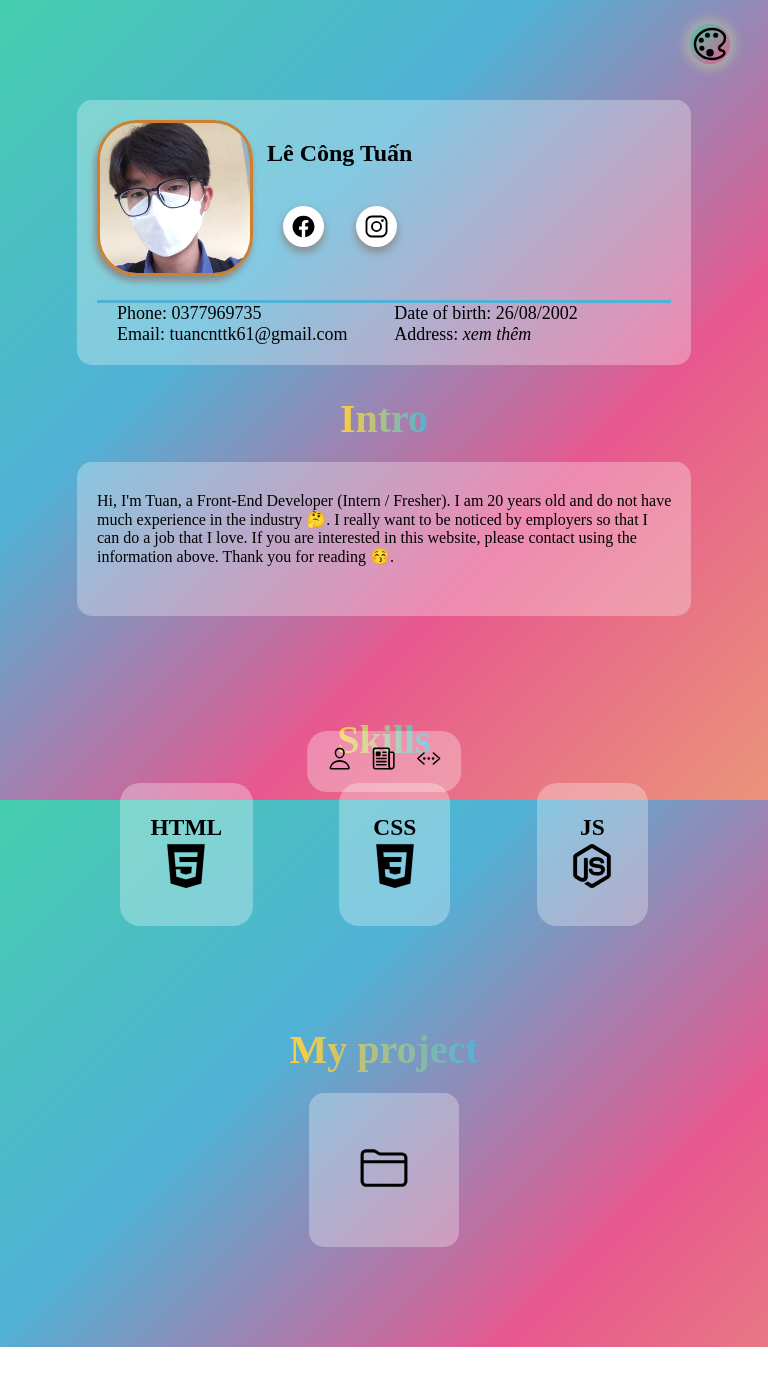
Repository: LeCongTuan2608/Profile
Page: index.html
An editor plug-in stored every save of this project. The page is shown before and after the next save, followed by the edit.
The browser window is 768 px wide. The pictures show the whole page.
Backgrounds fixed to the window are drawn as part of the page. The style sheet was rebuilt from its Sass, Less or Tailwind sources for each picture, by a compiler version that may differ from the author's.

Above is the page before, as saved 2022-05-05 12:26:08.

### index.html
<!DOCTYPE html>
<html lang="en">
   <head>
      <meta charset="UTF-8" />
      <meta http-equiv="X-UA-Compatible" content="IE=edge" />
      <meta name="viewport" content="width=device-width, initial-scale=1.0" />

      <script type="module" src="https://unpkg.com/ionicons@5.5.2/dist/ionicons/ionicons.esm.js"></script>
      <script nomodule src="https://unpkg.com/ionicons@5.5.2/dist/ionicons/ionicons.js"></script>

      <link rel="preconnect" href="https://fonts.googleapis.com" />
      <link rel="preconnect" href="https://fonts.gstatic.com" crossorigin />
      <link href="https://fonts.googleapis.com/css2?family=Pacifico&display=swap" rel="stylesheet" />

      <link href="https://unpkg.com/aos@2.3.1/dist/aos.css" rel="stylesheet" />
      <script src="https://unpkg.com/aos@2.3.1/dist/aos.js"></script>

      <link rel="stylesheet" href="./sass/css/style.css" />
      <title>Profile</title>
   </head>
   <body>
      <div class="container">
         <div class="palette">
            <ion-icon name="color-palette-outline"></ion-icon>
            <div class="list-color">
               <ul>
                  <li class="bgr-color"></li>
                  <li class="bgr-color"></li>
                  <li class="bgr-color"></li>
               </ul>
            </div>
         </div>

         <div class="contents">
            <div data-aos="flip-left" data-aos-duration="1500">
               <div class="card-info">
                  <div class="personal-information">
                     <div class="image">
                        <div class="user-image">
                           <img src="./images/1.JPG" alt="" />
                        </div>
                        <div class="user-intro">
                           <h2>Lê Công Tuấn</h2>
                           <div class="user-intro-navigation">
                              <div class="navigation-fb">
                                 <a href="https://www.facebook.com/profile.php?id=100026041985048"
                                    ><ion-icon name="logo-facebook"></ion-icon
                                 ></a>
                                 <span>facebook</span>
                              </div>
                              <div class="navigation-ins">
                                 <a href="https://www.instagram.com/tuanle2608/"
                                    ><ion-icon name="logo-instagram"></ion-icon
                                 ></a>
                                 <span>instagram</span>
                              </div>
                           </div>
                        </div>
                     </div>
                     <div class="contact">
                        <div class="contact-info">
                           <span>Phone: 0377969735</span>
                           <span>Email: tuancnttk61@gmail.com</span>
                        </div>
                        <div class="contact-info">
                           <span>Date of birth: 26/08/2002</span>
                           <span>Address: <i id="see">xem thêm</i></span>
                        </div>
                     </div>
                  </div>
               </div>
            </div>
            <div class="card-intro">
               <div class="intro-yourself">
                  <div class="title">
                     <div data-aos="fade-up" data-aos-duration="1000">
                        <h1>Intro</h1>
                     </div>
                  </div>
                  <div data-aos="flip-down" data-aos-duration="1000">
                     <div class="intro-content">
                        <p>
                           Hi, I'm Tuan, a Front-End Developer (Intern / Fresher). I am 20 years old and do not have
                           much experience in the industry 🤔. I really want to be noticed by employers so that I can do
                           a job that I love. If you are interested in this website, please contact using the
                           information above. Thank you for reading 😚.
                        </p>
                     </div>
                  </div>
               </div>

               <div class="my-skills">
                  <div class="title">
                     <div data-aos="fade-down" data-aos-easing="linear" data-aos-duration="300">
                        <h1>Skills</h1>
                     </div>
                  </div>
                  <div class="skills-content">
                     <div class="list-skills">
                        <div data-aos="fade-right">
                           <h3>HTML</h3>
                           <ion-icon name="logo-html5"></ion-icon>
                        </div>

                        <div data-aos="fade-down">
                           <h3>CSS</h3>
                           <ion-icon name="logo-css3"></ion-icon>
                        </div>

                        <div data-aos="fade-left">
                           <h3>JS</h3>
                           <ion-icon name="logo-nodejs"></ion-icon>
                        </div>
                     </div>
                  </div>
               </div>

               <div class="my-project">
                  <div class="title">
                     <div data-aos="fade-up" data-aos-anchor-placement="bottom-bottom">
                        <h1>My project</h1>
                     </div>
                  </div>
                  <div class="project-box">
                     <div data-aos="zoom-in">
                        <div class="box">
                           <ion-icon name="folder-outline"></ion-icon>
                        </div>
                     </div>
                  </div>
               </div>
            </div>
         </div>

         <div class="box-container">
            <div class="list-project">
               <div class="close">
                  <ion-icon name="close-circle-outline"></ion-icon>
               </div>

               <ul>
                  <li>
                     <a href="https://lecongtuan2608.github.io/Youtube/">https://lecongtuan2608.github.io/Youtube/</a>
                  </li>
                  <li><a href="https://lecongtuan2608.github.io/music/">https://lecongtuan2608.github.io/music/</a></li>
               </ul>
            </div>
         </div>
         <div class="toolbar">
            <div class="tollbar-list">
               <ul>
                  <li><ion-icon name="person-outline"></ion-icon></li>
                  <li><ion-icon name="newspaper-outline"></ion-icon></li>
                  <li><ion-icon name="code-working-outline"></ion-icon></li>
               </ul>
            </div>
         </div>
      </div>
   </body>
   <script>
      AOS.init();
   </script>
   <script src="./js/app.js"></script>
</html>

### js/app.js
const open_project = document.querySelector('.box');
const box_container = document.querySelector('.box-container');
const close_box = document.querySelector('.close');
const list_project = document.querySelector('.list-project');
open_project.addEventListener('click', function () {
   box_container.classList.add('open');
});
close_box.addEventListener('click', function () {
   box_container.classList.remove('open');
});
box_container.addEventListener('click', function () {
   box_container.classList.remove('open');
});
list_project.addEventListener('click', function (event) {
   event.stopPropagation();
});

const palette = document.querySelector('.palette');
var bgr_colors = document.querySelectorAll('.bgr-color');
const container = document.querySelector('.container');
const text_colors = document.querySelectorAll('.title h1');
function bgr_change() {
   for (let i = 0; i < bgr_colors.length; i++) {
      bgr_colors[i].addEventListener('click', function () {
         bgr_colors = i;
         if (bgr_colors == 0) {
            for (let text_color of text_colors) {
               text_color.classList.remove('text-color-2');
               text_color.classList.remove('text-color-3');
               text_color.classList.add('text-color-1');
            }
            container.classList.remove('bgr-color-2');
            container.classList.remove('bgr-color-3');
            container.classList.add('bgr-color-1');
         } else if (bgr_colors == 1) {
            for (let text_color of text_colors) {
               text_color.classList.remove('text-color-1');
               text_color.classList.remove('text-color-3');
               text_color.classList.add('text-color-2');
            }
            container.classList.remove('bgr-color-1');
            container.classList.remove('bgr-color-3');
            container.classList.add('bgr-color-2');
         } else if (bgr_colors == 2) {
            for (let text_color of text_colors) {
               text_color.classList.remove('text-color-1');
               text_color.classList.remove('text-color-2');
               text_color.classList.add('text-color-3');
            }
            container.classList.remove('bgr-color-1');
            container.classList.remove('bgr-color-2');
            container.classList.add('bgr-color-3');
         }
      });
   }
}
bgr_change();

### sass/style.scss
*{
    margin: 0;
    padding: 0;
}
html{
    width: 100%;
    height: 100%;
    padding: 0;
    margin: 0;
    font-family: 'Fredoka One', cursive;

}
body{
    width: 100%;
    height: auto;

}
.container{
    padding-top: 100px;
    width: 100%;
    height: auto;
    position: relative;
    background-image: linear-gradient(-45deg, #ea9479, #e7588f, #4fb2d6, #46cdae);
    background-attachment: fixed;
}
.bgr-color-1{
    background-image: linear-gradient(90deg, #74EBD5 0%, #9FACE6 100%);
    background-attachment: fixed;
}
.bgr-color-2{
    background-image: linear-gradient(to right, #eea2a2 0%, #bbc1bf 19%, #57c6e1 42%, #b49fda 79%, #7ac5d8 100%);
    background-attachment: fixed;
}
.bgr-color-3{
    background-image: linear-gradient(to top, #88d3ce 0%, #6e45e2 100%);
    background-attachment: fixed;
}
.palette{
    position: fixed;
    top: 3%;
    right: 5%;
    font-size: 40px;
}
.list-color ul{
    position: absolute;
}
.palette:hover ul li{
    display: block;
}
// chọn màu bgr
.list-color ul li:first-child{
    margin-bottom: 10px;
    background-image: linear-gradient(90deg, #74EBD5 0%, #9FACE6 100%);
}
.list-color ul li:nth-of-type(2){
    margin-bottom: 10px;
    background-image: linear-gradient(to right, #eea2a2 0%, #bbc1bf 19%, #57c6e1 42%, #b49fda 79%, #7ac5d8 100%);
}
.list-color ul li:last-child{
    background-image: linear-gradient(to top, #88d3ce 0%, #6e45e2 100%);

}

.list-color ul li{
    list-style-type: none;
    display: none;
    width: 40px;
    height: 40px;
    border-radius: 100rem;
    box-shadow: #3d3d3d -1px 2px 5px 2px;

}
.toolbar{
    width:  20%;
    border-radius: 20px;
    position: fixed;
    font-size: 25px;
    left: 50%;
    transform: translateX(-50%);
    bottom: 1%;
    background-color: rgba($color: white, $alpha: 0.3);
}
.tollbar-list{
    padding: 10px;
}
.toolbar ul{
    display: flex;
    justify-content: space-around;
}
.toolbar ul li {
    list-style-type: none;
    display: inline;
    border-radius: 100rem;
    cursor: pointer;
}
.toolbar ul li ion-icon{
    padding: 5px;
}
.toolbar ul li:hover {
background-color: #a5e296;
}
.palette ion-icon{
    background-image: linear-gradient(-45deg, #e7588f,#46cdae);
    border-radius: 100rem;
    box-shadow: #a9a9a9 0px 0px 10px 6px;
    cursor: pointer;
}
.contents{
    width: 100%;
    display: flex;
    flex-wrap: wrap;
    align-content: center;
    flex-direction: column;
}
.contents > div{
    width: 60%;
}
.card-info{
    background-color: rgba($color: white, $alpha: 0.3);
    border-radius: 15px;
}
.personal-information{
    padding: 20px;
    display: flex;

}
.image{
    display: flex;
    flex: 1;
    border-right: 3px solid;
    border-color:#4fb2d6;
    padding-right: 20px;
}
.user-image{
    width: 150px;
    height: 150px;
    // border: 3px solid;
    // border-image-source: linear-gradient(to top, #f64f59, #9634c8);
    // border-image-slice :1;
}
.user-image img{
    width: 100%;
    height: 100%;
    object-fit: cover;
    border-radius: 40px;
    border: solid;
    border-color: #cd802e;
    box-shadow: rgb(137, 137, 137) -2px 5px 7px 0px;


}
.user-intro{
    display: flex;
    margin-left: 20px;
    flex-direction: column;
    justify-content: space-around;
}
.user-intro-navigation{
    display: flex;
    justify-content: space-around;
}
.user-intro-navigation a{
    color: black;
    text-decoration: none;
}
.user-intro-navigation a > ion-icon{
    font-size: 25px;
    border-radius: 100rem;
    padding: 8px;
    background-color: white;
    box-shadow: rgb(137, 137, 137) 0px 5px 10px 0px;
}
.navigation-fb{
    position: relative;
}
.navigation-fb span{
    display: none;
}
.navigation-fb a > ion-icon:hover{
    background-color: rgb(153, 159, 248);
}
.navigation-fb:hover span{
    position: absolute;
    display: block;
    background-color: rgb(153, 159, 248);
    border-radius: 40px;
    padding: 5px;
    font-size: 18px;
    top: -95%;
    left: -50%;
    font-weight: 700;
    animation: intro ease 0.5s;
    z-index: 2;
}
.navigation-fb:hover::after{
    position: absolute;
    content: "";
    width: 13px;
    height: 13px;
    background-color: rgb(153, 159, 248);
    clip-path: polygon(50% 100%, 0 0, 100% 0);
    top: -25%;
    left: 30%;
    animation: intro ease 0.5s;
    z-index: 1;
}


.navigation-ins{
    position: relative;
}
.navigation-ins span{
    display: none;
}
.navigation-ins a > ion-icon:hover{
    background-color: rgb(64, 173, 177);
}
.navigation-ins:hover span{
    position: absolute;
    display: block;
    background-color: rgb(64, 173, 177);
    border-radius: 40px;
    padding: 5px;
    font-size: 18px;
    top: -95%;
    left: -50%;
    font-weight: 700;
    animation: intro ease 0.5s;
    z-index: 2;
}
.navigation-ins:hover::after{
    position: absolute;
    content: "";
    width: 13px;
    height: 13px;
    background-color: rgb(64, 173, 177);
    clip-path: polygon(50% 100%, 0 0, 100% 0);
    top: -25%;
    left: 30%;
    animation: intro ease 0.5s;
    z-index: 1;
}
.contact{
    flex: 1;
    display: flex;
    padding-left: 20px;
}
.contact-info{
    flex: 1;
    display: flex;
    flex-direction: column;
    justify-content: space-around;
}
.contact-info span{
    font-size: 18px;
    overflow: hidden;
}

.card-intro{
    margin-top: 30px;
    width: 60%;

}
.intro-yourself{
    margin: 30px 0 100px 0;
}
.title{
    text-align: center;
    margin-bottom: 20px;
    font-size: 20px;
}
.title h1{
    display: inline-block;
    background-image: linear-gradient( to right,#ffce3d, #4fb2d6);
    color: transparent;
    -webkit-background-clip: text;
    background-clip: text;
}
// đổi màu text
.text-color-1{
    background-image: linear-gradient(-225deg, #AC32E4 0%, #7918F2 48%, #4801FF 100%) !important;
}
.text-color-2{
    background-image: linear-gradient(-225deg, #A445B2 0%, #D41872 52%, #FF0066 100%) !important;
}
.text-color-3{
    background-image: linear-gradient(to top, #50cc7f 0%, #f5d100 100%) !important;
}

//===============
.intro-content{
    padding: 30px 20px 50px 20px;
    background-color: rgba($color: white, $alpha: 0.3);
    border-radius: 15px;
}

.my-skills {
    margin: 30px 0 100px 0;
}
.skills-content .list-skills{
    display: flex;
    justify-content: space-around;
}
.skills-content .list-skills div{
    padding: 5%;
    border-radius: 20px;
    background-color: rgba(255, 255, 255, 0.3);
    list-style-type: none;
    display: inline;
    text-align: center;
    font-size: 20px;
}

.skills-content .list-skills div ion-icon{
    font-size: 50px;
}
.my-project{
    margin: 30px 0 100px 0;

}
.project-box{
    display: flex;
    justify-content: center;
}
.box{
    background-color: rgba($color: white, $alpha: 0.3);
    border-radius: 15px;
    text-align: center;
    cursor: pointer;
}
.box:hover{
    transition-duration: 0.5s;
    transform: scale(1.1, 1.1);
    box-shadow: rgba(130, 130, 130, 0.773) 0px 1px 5px 2px;
}
.box > ion-icon{
    font-size: 50px;
    padding: 50px;
}
.box-container{
    position: fixed;
    top:0;
    left: 0;
    right: 0;
    bottom: 0;
    background-color: rgba( rgb(186, 186, 186), 0.5);
    display: none;
}
.open{
    display: block;
}
.list-project{
    position: absolute;
    left: 30%;
    right: 30%;
    top: 50%;
    transform: translateY(-50%);
    border-radius: 15px;
    background-color: white;
    box-shadow: rgb(137, 137, 137) 0px 5px 10px 0px;
    text-align: center;
    animation: intro ease 1s;

}
.close{
    position: absolute;
    width: 30px;
    height: 30px;
    right: 2%;
    top: 2%;
    font-size: 25px;
    cursor: pointer;
}
.list-project ion-icon:hover{
    color: red;
    border-radius: 100rem;

}
.list-project ul{
    padding: 50px 10px 30px 10px;
}
.list-project ul li{
    list-style-type: none;
}
.list-project ul li a{
    text-decoration: none;
    color: black;
}
.list-project ul li a:hover{
    color: rgb(53, 138, 213);
}
@keyframes intro{
    from {
        transform: translateY((100%));
    }
    to{
        transform: translateY((-50%));
    }
}
@media screen and (max-width:1060px) {
    .contents {
        display: block;
    }
    .contents > div{
        margin: 0 10% 0 10%;
        width: 80%;
    }
}
@media screen and (max-width:820px) {
    .contents {
        display: block;
    }
    .personal-information{
        display: block;
    }
    .image{
        border-right: none;
        border-bottom: 3px solid;
        border-color: #4fb2d6;
        padding-right: 0;
        padding-bottom: 30px;
    }
}

After the next save:
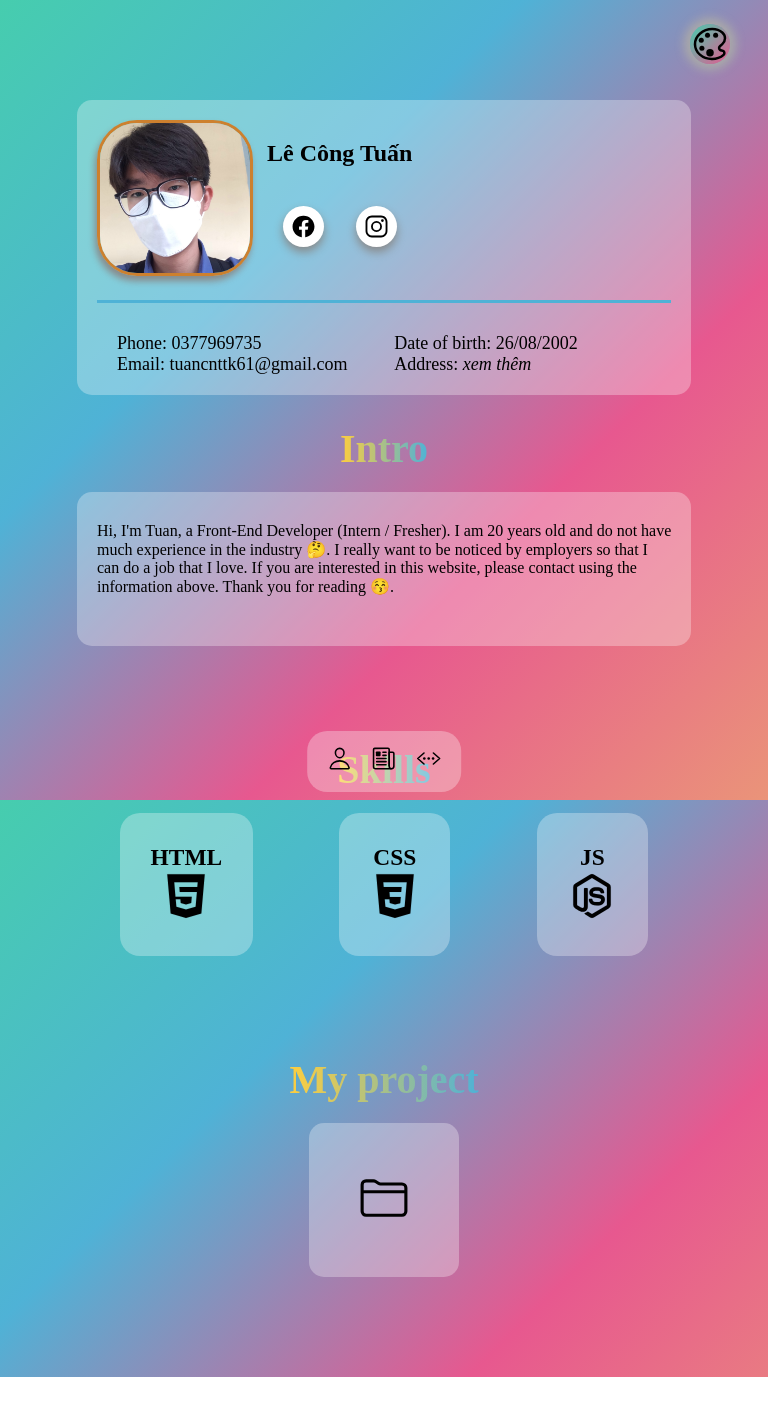
Saved 18 s later.
--- a/sass/style.scss
+++ b/sass/style.scss
@@ -420,4 +420,7 @@ background-color: #a5e296;
         padding-right: 0;
         padding-bottom: 30px;
     }
-}
+    .contact{
+        padding-top: 30px;
+    }
+}
